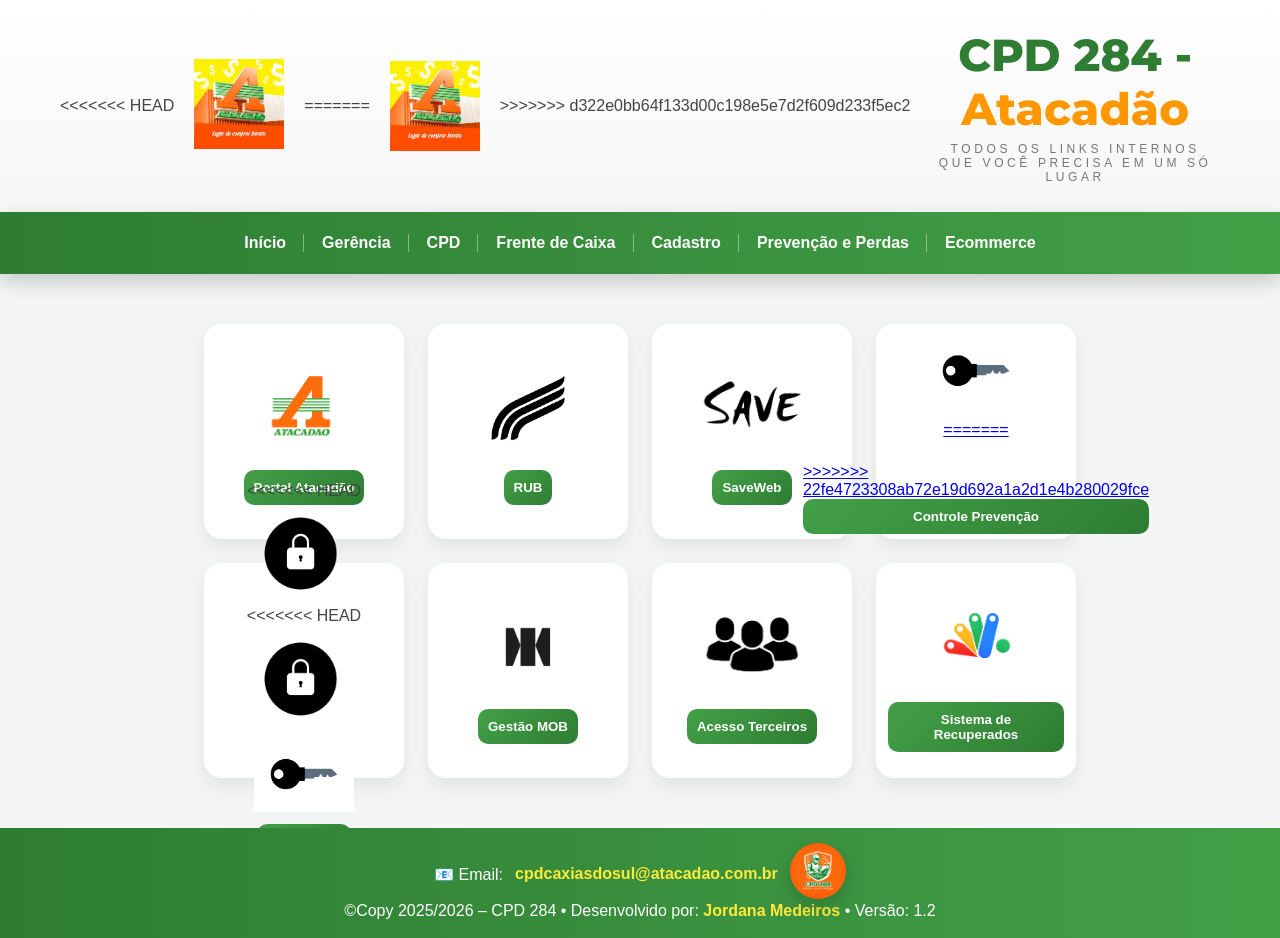
Repository: Iamjordana/projetositecpd284
Page: prevencao.html
An editor plug-in stored every save of this project. The page is shown before and after a run of saves, followed by the edit.
The browser window is 1280 px wide. The pictures show the whole page.

Above is the page before, as saved 2026-01-19 15:10:25.
Console error: TypeError: Cannot read properties of null (reading 'addEventListener')

After the next 2 saves:
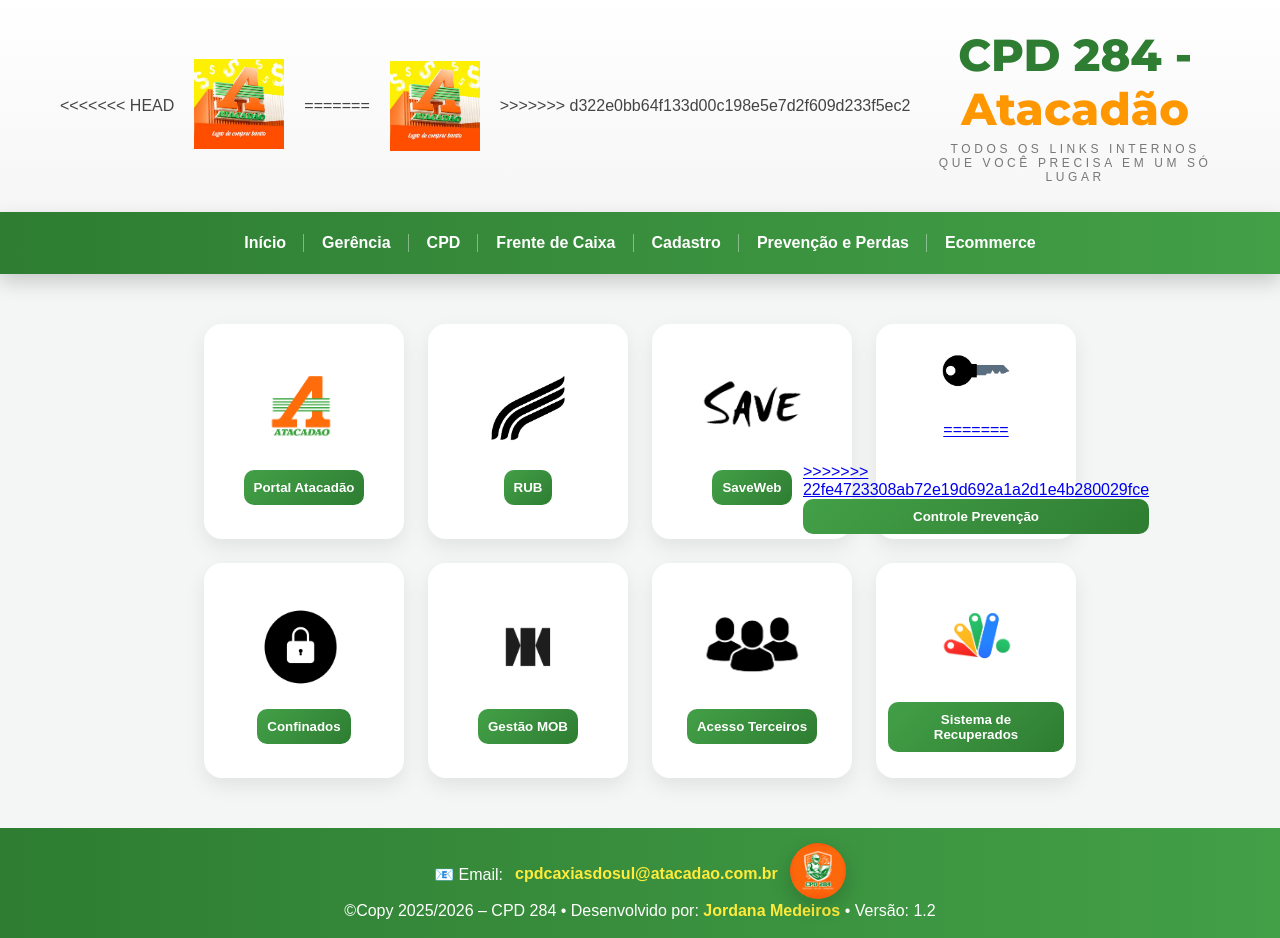
The 2 saves are shown as one change because they came seconds apart.
The last was saved 8 s later.
--- a/prevencao.html
+++ b/prevencao.html
@@ -81,11 +81,7 @@
     </div>
 
     <div class="card">
-<<<<<<< HEAD
       <img src="imagens/confinados.png" alt="prevconfinados" class="card-img5">
-<<<<<<< HEAD
-      <img src="imagens/confinados.png" alt="prevconfinados" class="card-img5">
-      <img src="imagens/chaves.jpg" alt="prevconfinados" class="card-img5">
       <a href="https://srvsave284/confinados/index.php?page=login" target="_blank">
         <button class="btn_atalho">Confinados</button>
       </a>
